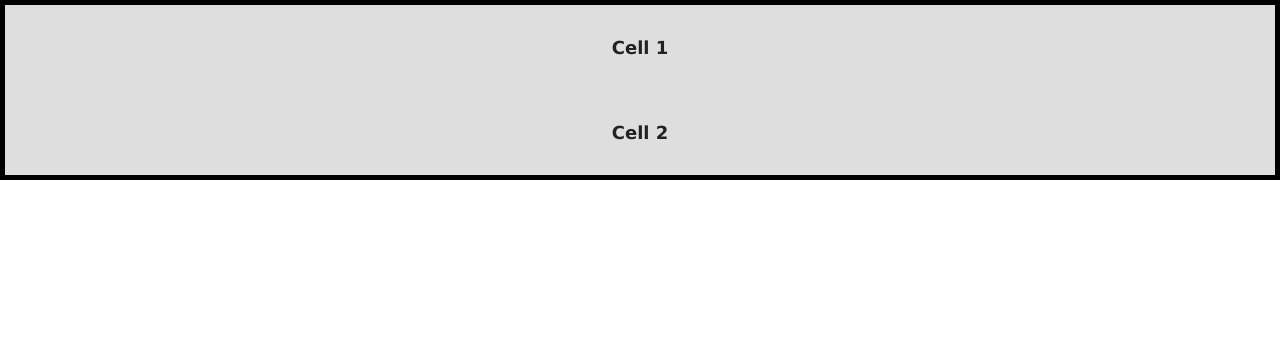
Repository: Ndifoinhilary/css_grid
Page: css-grid-learn/index.html
The author's editor kept a copy of each file at every save. The page is drawn from the files as they stood at one save, then again after the next save.
The browser window is 1280 px wide. The pictures show the whole page.

Above is the page before, as saved 2024-01-24 12:01:41.

### css-grid-learn/index.html
<!DOCTYPE html>
<html lang="en">
<head>
    <meta charset="UTF-8">
    <meta name="viewport" content="width=device-width, initial-scale=1.0">
    <title>Css grid</title>
    <link rel="stylesheet" href="/css-grid-learn/main.css">
</head>
<body>
    <div class="container">
        <div class="cell">cell 1</div>
        <div class="cell">cell 2</div>
    </div>
</body>
</html>

### css-grid-learn/main.css
*{
    margin: 0;
    padding: 0;
    box-sizing: border-box;
}

body{
    font-family: Verdana, Geneva, Tahoma, sans-serif;
    color: #222;
}

.container{
    border: 5px solid black;
}

.cell{
    background: #dedede;
    text-transform: capitalize;
    text-align: center;
    font-weight: bold;
    padding: 2rem;
    font-size: large;
}

After the next save:
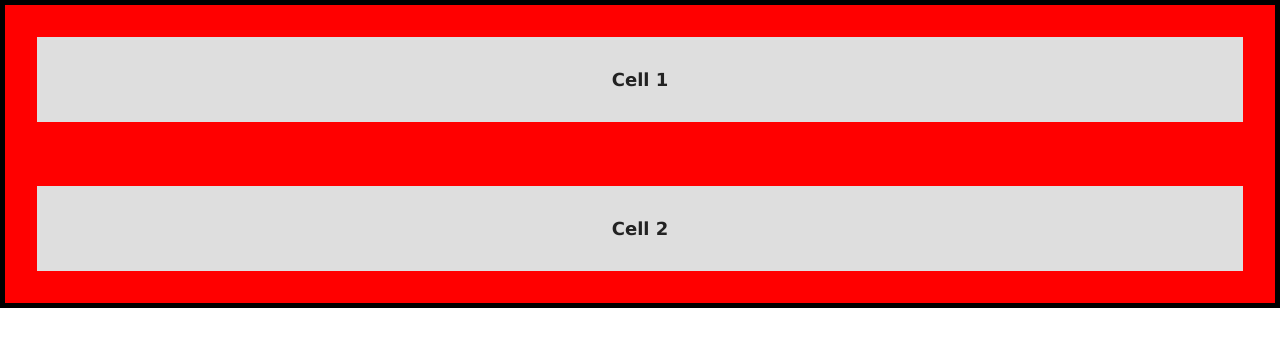
Saved 36 s later.
--- a/css-grid-learn/main.css
+++ b/css-grid-learn/main.css
@@ -20,4 +20,5 @@ body{
     font-weight: bold;
     padding: 2rem;
     font-size: large;
+    border: 2rem solid red;
 }
